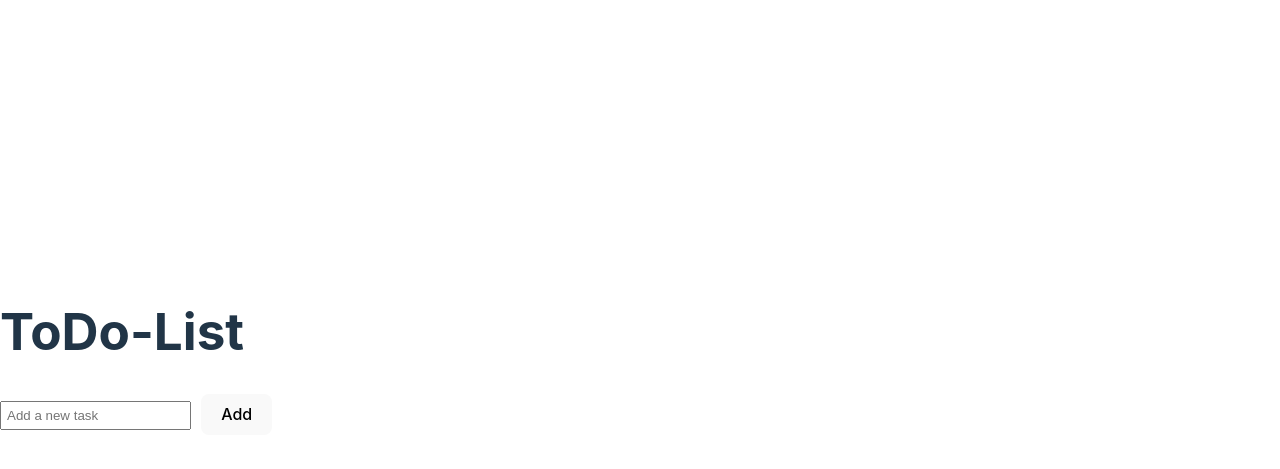
Repository: AkshatKapo/Todolist-React-app
Page: /
These files come from the project's save history. The page is drawn as it stood at one moment and after a run of saves; the edit follows.
The browser window is 1280 px wide. The pictures show the whole page.
The project was rebuilt for these pictures with package versions that can differ from the ones it lists, and the page was loaded fresh each time. Also part of the build but not shown: vite.config.js.

Above is the page before, as saved 2024-06-20 11:13:40.

After the next 2 saves:
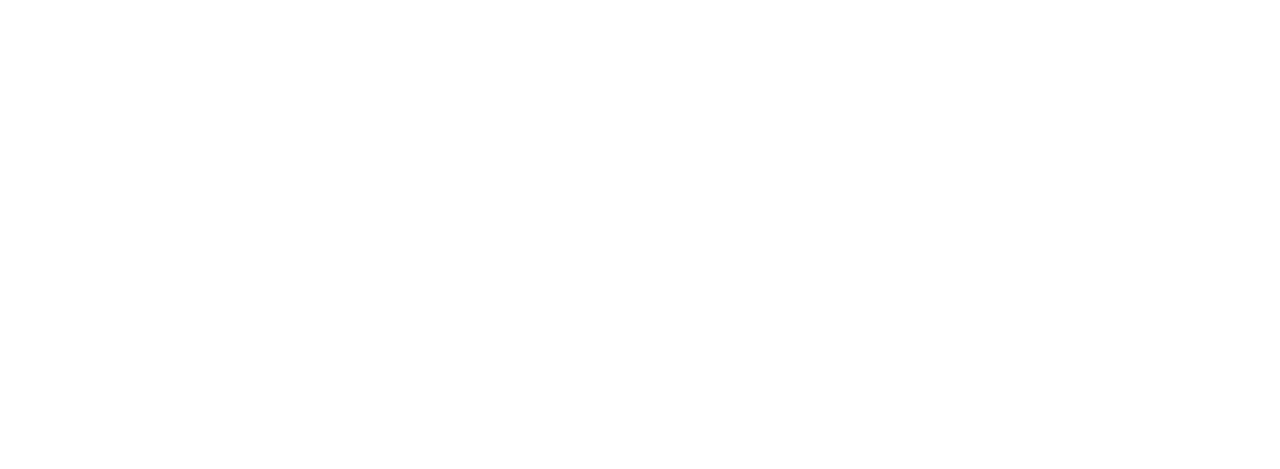
The 2 saves are shown as one change because they came seconds apart.
The last was saved 6 s later.
--- a/src/App.css
+++ b/src/App.css
@@ -1,7 +1,7 @@
 /* src/App.css */
 
 .App {
-  display: flex;
+  display: table-column;
 
 }
 

After the 4 saves that followed:
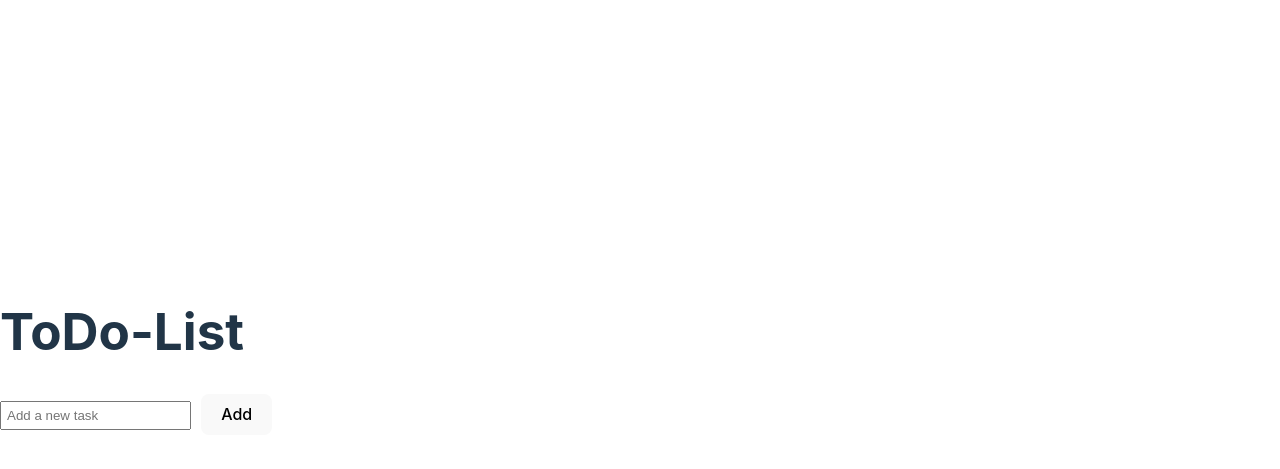
The 4 saves are shown as one change because they came seconds apart.
The last was saved 17 s later.
--- a/src/App.css
+++ b/src/App.css
@@ -1,7 +1,7 @@
 /* src/App.css */
 
 .App {
-  display: table-column;
+  display: flex;
 
 }
 
